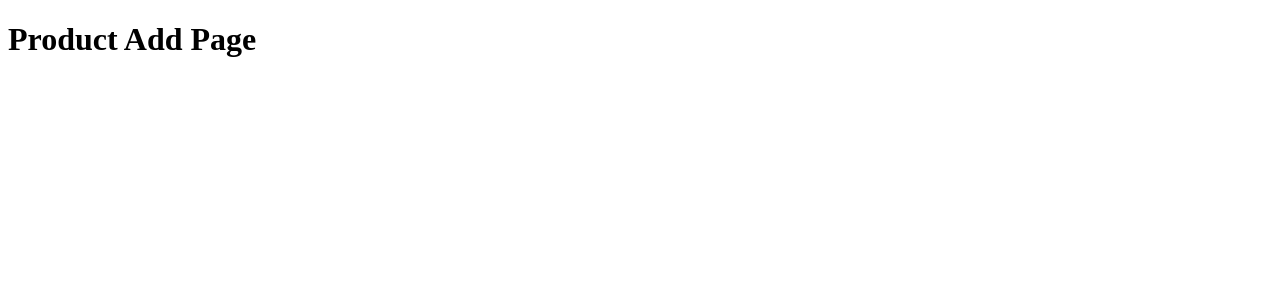
Repository: bookkg2/TIL
Page: http://localhost/day1333/product/add.jsp
The author's editor kept a copy of each file at every save. The page is drawn from the files as they stood at one save, then again after the next save.
The browser window is 1280 px wide. The pictures show the whole page.
The page is served by Tomcat 9.

Above is the page before, as saved 2019-06-28 04:25:32.

After the next save:
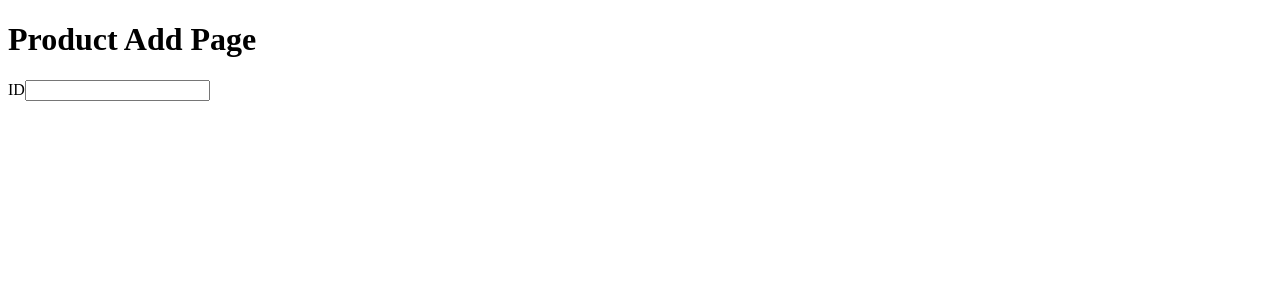
Saved 64 min 56 s later.
--- a/day1333/web/product/add.jsp
+++ b/day1333/web/product/add.jsp
@@ -11,5 +11,8 @@
 </head>
 <body>
 <h1>Product Add Page</h1>
+<form action="" method="">
+ID<input type="text" name="id">
+</form>
 </body>
 </html>
